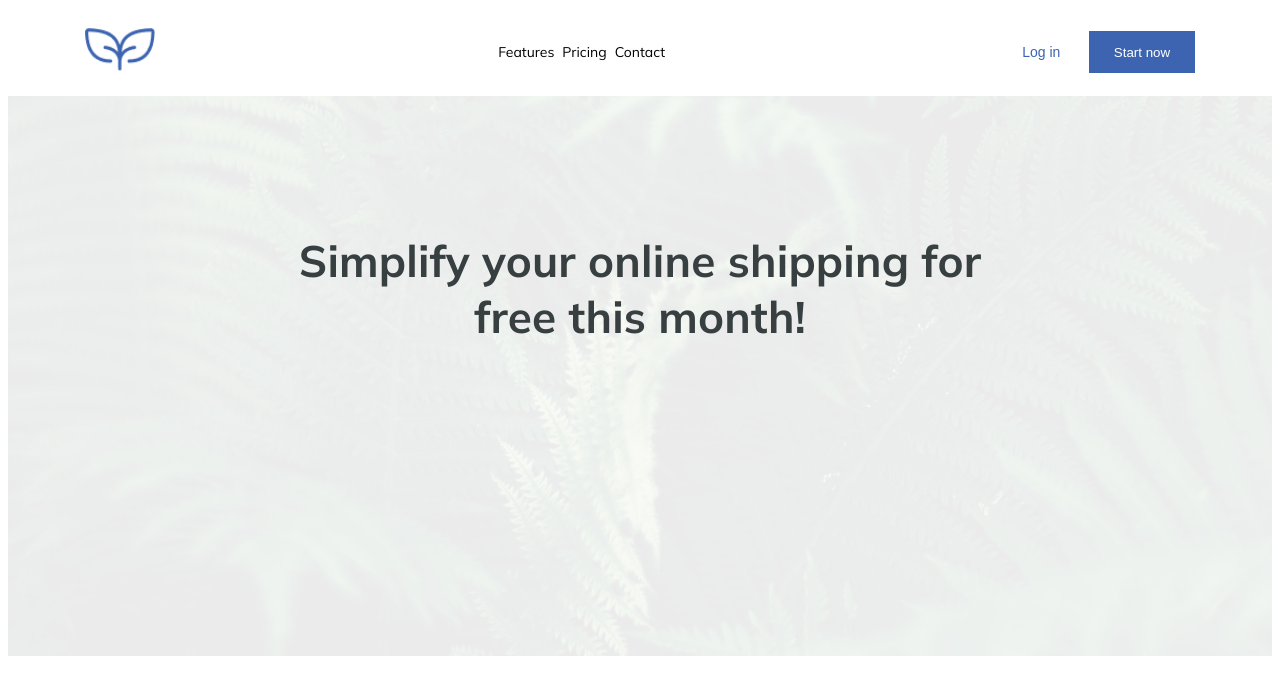
Repository: HoanTiny/FrontEnd_Examination
Page: index.html
These files come from the project's save history. The page is drawn as it stood at one moment and after the next save; the edit follows.
The browser window is 1280 px wide. The pictures show the whole page.

Above is the page before, as saved 2022-11-26 01:28:41.

### index.html
<!DOCTYPE html>
<html lang="en">
    <head>
        <meta charset="UTF-8" />
        <meta http-equiv="X-UA-Compatible" content="IE=edge" />
        <meta name="viewport" content="width=device-width, initial-scale=1.0" />
        <title>Document</title>
        <link rel="stylesheet" href="./acesst/css/style.css" />
        <link
            href="https://fonts.googleapis.com/css2?family=Mulish:wght@200;300;400;500;600;700;800&display=swap"
            rel="stylesheet"
        />
    </head>
    <body>
        <div class="wrapper">
            <div class="container">
                <header class="header">
                    <div class="header__logo">
                        <img src="./acesst/img/Logo.png" alt="" />
                    </div>
                    <div class="header__menu">
                        <span>Features</span>
                        <span>Pricing</span>
                        <span>Contact</span>
                    </div>
                    <div class="header__log">
                        <button type="button" class="btn_login">Log in</button>
                        <button type="button" class="btn_start">
                            Start now
                        </button>
                    </div>
                </header>
            </div>
            <div class="banner">
                <div class="banner__img"></div>
                <div class="banner__title">
                    <h2>Simplify your online shipping for free this month!</h2>
                </div>
            </div>
        </div>
    </body>
</html>

### acesst/css/style.css
* {
  box-sizing: inherit;
}

html {
  font-family: "Mulish", sans-serif;
  box-sizing: border-box;
  font-size: 62.5%;
  line-height: 1.8rem;
}

body {
  font-family: "Mulish", sans-serif;
}

.wrapper {
  max-width: 1440px;
  margin: 0 auto;
}

.container {
  width: 1110px;
  margin: 0 auto;
}

.header {
  display: flex;
  justify-content: space-between;
  align-items: center;
  height: 88px;
}
.header__logo img {
  width: 70px;
  height: 43px;
}
.header__menu {
  font-size: 14px;
  display: flex;
  flex-direction: row;
}
.header__menu span {
  margin-right: 8px;
  cursor: pointer;
}
.header__log .btn_login {
  height: 18px;
  background-color: white;
  color: #3c64b1;
  font-size: 14px;
  border: transparent;
}
.header__log .btn_start {
  padding: 12px 18px;
  background-color: #3c64b1;
  color: white;
  border: #3c64b1;
  margin-left: 20px;
  width: 106px;
  height: 42px;
}

.banner {
  position: relative;
  height: 560px;
  left: 0px;
  right: 0px;
  top: 0px;
}
.banner__img {
  position: absolute;
  left: 0%;
  right: 0%;
  top: 0%;
  bottom: 0%;
  background: url("../img/bg.png");
}
.banner__title {
  display: flex;
  flex-direction: column;
  align-items: center;
  padding: 0px;
  gap: 56px;
  position: absolute;
  width: 730px;
  height: 286px;
  left: calc(50% - 365px);
  top: calc(50% - 143px);
}
.banner__title h2 {
  font-weight: 700;
  font-size: 44px;
  line-height: 56px;
  text-align: center;
  letter-spacing: 0.2px;
  color: #373f41;
  margin: 0;
}
.banner__title p {
  font-weight: 400;
  font-size: 16px;
  line-height: 22px;
  text-align: center;
  letter-spacing: 0.3px;
  color: #737b7d;
  margin: 0;
}
.banner__title .banner__btn {
  display: flex;
  flex-direction: row;
  align-items: center;
  padding: 0px;
  gap: 24px;
  flex: none;
  order: 1;
  flex-grow: 0;
}
.banner__title .banner__btn button {
  width: 136px;
  height: 42px;
  padding: 12px 18px;
}
.banner__title .banner__btn button:nth-child(1) {
  background: #3c64b1;
  border: none;
  color: white;
}
.banner__title .banner__btn button:nth-child(2) {
  border: 1px solid #3c64b1;
  color: #3c64b1;
}

.main__info {
  margin-top: 60px;
}
.main__info-heading {
  font-weight: 700;
  font-size: 32px;
  line-height: 40px;
  text-align: center;
  letter-spacing: 0.1px;
  color: #373f41;
}
.main__info p {
  font-weight: 400;
  font-size: 16px;
  line-height: 22px;
  text-align: center;
  letter-spacing: 0.3px;
  margin-top: 24px;
  color: #737b7d;
}
.main__field {
  margin-top: 35px;
  display: flex;
  justify-content: space-between;
}
.main__field-list {
  display: flex;
  flex-direction: column;
  align-items: center;
  padding: 0px;
  gap: 22px;
  margin-right: 30px;
}
.main__field-list:nth-child(3) {
  margin-right: 0;
}
.main__field-list img {
  width: 40px;
  height: 40px;
}
.main__field-list--headline {
  font-weight: 700;
  font-size: 18px;
  line-height: 24px;
  text-align: center;
  letter-spacing: 0.1px;
  color: #737b7d;
}
.main__field-list--title {
  font-weight: 400;
  font-size: 14px;
  line-height: 20px;
  text-align: center;
  letter-spacing: 0.2px;
  color: #373f41;
}
.main__field-list--discover {
  font-weight: 700;
  font-size: 14px;
  line-height: 18px;
  display: flex;
  align-items: center;
  text-align: center;
  letter-spacing: 0.3px;
  color: #3c64b1;
}
.main__introduce {
  margin-top: 48px;
  margin-bottom: 86px;
}
.main__introduce--one {
  display: flex;
  margin-bottom: 108px;
}
.main__introduce--one img {
  width: 540px;
  height: 440px;
}
.main__introduce--one .introduce__text {
  display: flex;
  flex-direction: column;
  align-items: center;
  justify-content: center;
  padding: 0px;
  gap: 56px;
  margin-left: 30px;
}
.main__introduce--one .introduce__text-headline {
  font-weight: 700;
  font-size: 32px;
  line-height: 40px;
  letter-spacing: 0.1px;
  color: #373f41;
}
.main__introduce--one .introduce__text-text {
  font-weight: 400;
  font-size: 16px;
  line-height: 22px;
  letter-spacing: 0.3px;
  color: #737b7d;
}
.main__introduce--one .introduce__text-btn {
  width: 100%;
}
.main__introduce--one .introduce__text-btn .btn {
  display: flex;
  justify-content: space-between;
  width: 100%;
}
.main__introduce--one .introduce__text-btn .btn input {
  margin-left: 0;
  width: 377px;
  height: 42px;
  background: #f4f5f4;
  border: #f4f5f4;
  padding: 11px 16px;
}
.main__introduce--one .introduce__text-btn .btn button {
  width: 139px;
  height: 42px;
  padding: 12px 18px;
  background: #3c64b1;
  border: #3c64b1;
  color: white;
}
.main__introduce--one .introduce__text-btn p {
  margin-top: 12px;
  font-weight: 600;
  font-size: 12px;
  line-height: 16px;
  letter-spacing: 0.2px;
  color: #737b7d;
}
.main__introduce--two {
  display: flex;
}
.main__introduce--two img {
  width: 540px;
  height: 440px;
}
.main__introduce--two .introduce__text2 {
  display: flex;
  flex-direction: column;
  justify-content: center;
}
.main__introduce--two .introduce__text2-headline {
  font-weight: 700;
  font-size: 32px;
  line-height: 40px;
  letter-spacing: 0.1px;
  color: #373f41;
}
.main__introduce--two .introduce__text2-content {
  margin-top: 56px;
  display: flex;
}
.main__introduce--two .introduce__text2-content .content1 img {
  width: 32px;
  height: 32px;
}
.main__introduce--two .introduce__text2-content .content1 p {
  font-weight: 400;
  font-size: 16px;
  line-height: 22px;
  letter-spacing: 0.3px;
  color: #737b7d;
  margin-top: 16px;
}
.main__footer {
  display: flex;
  align-items: center;
}
.main__footer-list {
  display: flex;
  flex-direction: column;
  align-items: center;
  padding: 0px;
  gap: 32px;
  margin-right: 30px;
}
.main__footer-list img {
  width: 255px;
  height: 260px;
}
.main__footer-list h3 {
  font-weight: 700;
  font-size: 18px;
  line-height: 24px;
  text-align: center;
  letter-spacing: 0.1px;
  color: #373f41;
}
.main__footer-list p {
  font-weight: 400;
  font-size: 14px;
  line-height: 20px;
  text-align: center;
  letter-spacing: 0.2px;
  color: #373f41;
}

/*# sourceMappingURL=style.css.map */

After the next save:
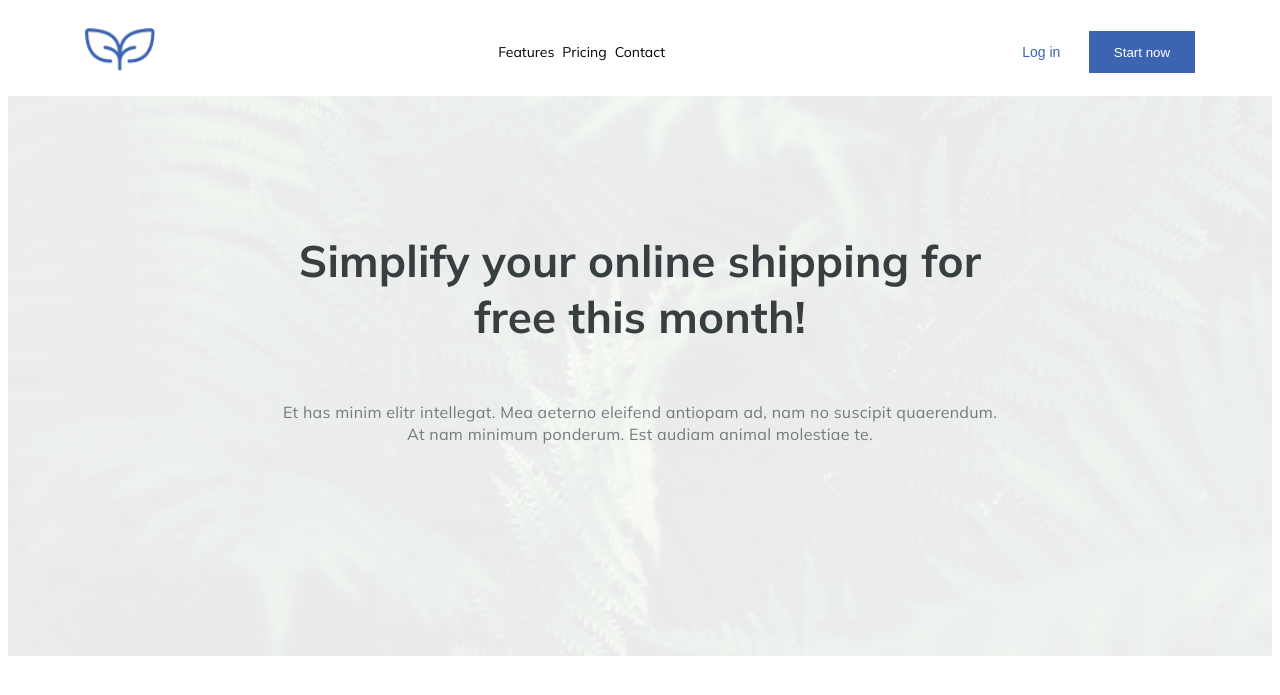
Saved 49 s later.
--- a/index.html
+++ b/index.html
@@ -35,6 +35,11 @@
                 <div class="banner__img"></div>
                 <div class="banner__title">
                     <h2>Simplify your online shipping for free this month!</h2>
+                    <p>
+                        Et has minim elitr intellegat. Mea aeterno eleifend
+                        antiopam ad, nam no suscipit quaerendum. At nam minimum
+                        ponderum. Est audiam animal molestiae te.
+                    </p>
                 </div>
             </div>
         </div>
